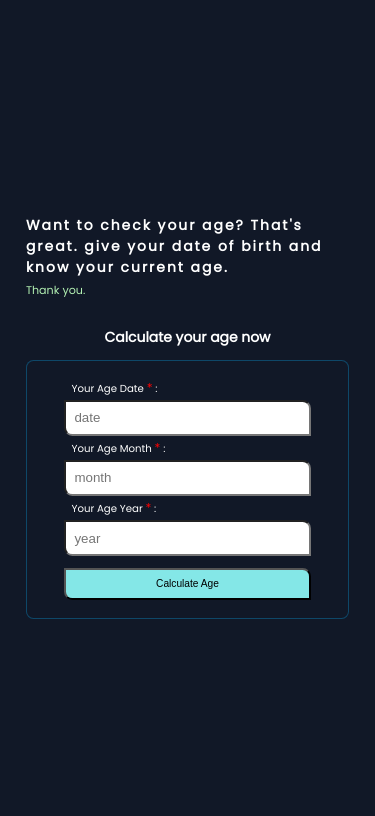
Repository: omarpervezz/age-calculator
Page: index.html
An editor plug-in stored every save of this project. The page is shown before and after a run of saves, followed by the edit.
The browser window is 375 px wide. The pictures show the whole page.
Some web fonts or font styles are not loaded; a fallback is used.

Above is the page before, as saved 2022-08-13 00:50:34.

### index.html
<!doctype html>
<html lang="en">

<head>
    <!-- Required meta tags -->
    <meta charset="utf-8">
    <meta name="viewport" content="width=device-width, initial-scale=1">

    <!-- Font Awesome Icons  -->
    <link rel="stylesheet" href="https://cdnjs.cloudflare.com/ajax/libs/font-awesome/5.15.1/css/all.min.css"
        integrity="sha512-+4zCK9k+qNFUR5X+cKL9EIR+ZOhtIloNl9GIKS57V1MyNsYpYcUrUeQc9vNfzsWfV28IaLL3i96P9sdNyeRssA=="
        crossorigin="anonymous" />

    <!-- Google Fonts  -->
    <link rel="preconnect" href="https://fonts.googleapis.com">
    <link rel="preconnect" href="https://fonts.gstatic.com" crossorigin>
    <link href="https://fonts.googleapis.com/css2?family=Poppins&display=swap" rel="stylesheet">
    <!-- Google Icon -->
    <link href="https://fonts.googleapis.com/icon?family=Material+Icons"
      rel="stylesheet">
      <link rel="stylesheet" href="https://fonts.googleapis.com/css2?family=Material+Symbols+Outlined:opsz,wght,FILL,GRAD@48,400,0,0" />
     <link rel="stylesheet" href="style.css">

    <title>Age Calculator</title>
</head>

<body>
   <div class="age_calculator_container">
    <div class="info container">
      <h1>Want to check your age? That's great. give your date of birth and know your current age.</h1>
      <span>Thank you.</span>
     </div>
    <div class="container">
      <h2>Calculate your age now</h2>
       <div class="box">
        <form action="#" id="form">
            <div class="date_of_birth">
              <label for="date">
                Your Age Date <span>*</span> :
              </label>
              <input type="number" id="date" placeholder="date" class="date">
            </div>
            <div class="date_of_month">
              <label for="month">
                Your Age Month <span>*</span> :
              </label>
              <input type="number" id="month" placeholder="month" class="month">
            </div>
            <div class="date_of_year">
              <label for="year">
                Your Age Year <span>*</span> :
              </label>
              <input type="number" id="year" placeholder="year" class="year">
            </div>
            <div class="submit_">
              <button type="submit" id="submit" class="btn btn-primary">Calculate Age</button>
            </div>
        </form>
       </div>

    </div>
   </div>

    <script src="calculate.js"></script>
</body>

</html>

### style.css
body{
  background-color: #111827;
  color: white;
  font-family: 'Poppins', sans-serif;
  box-sizing: border-box;
  height: 100vh;
  display: flex;
  justify-content: center;
  align-items:
  center;
  overflow-x: hidden;
}
:root{
  --width:100%;
}
html{
  font-size: 62.5%;
}
h1{
  font-size: 1.5rem;
  margin-bottom: .4rem;
  padding-top: 1rem;
  line-height: 38px;
  letter-spacing: 2px;
}
h2{
  text-align: center;
  margin-top: 3rem;
}
.info span{
  color: #b3f1b3;
  font-weight: normal;
  font-size: 1.2rem;
}
.container{
  max-width: calc(var(--width) - 30%);
  margin: auto;
}
.box{
  background-color: #111827;
  overflow: hidden;
  padding: 2rem 4rem;
  height: fit-content;
  border: .2rem solid #0d81b973;
  border-radius: .8rem;
}
.box div{
  width:100%;
}
.box label{
  width:100%;
  display: block;
  font-size: 1.1rem;
  margin-bottom: .3rem;
  padding: 0 .8rem;
}
.box label span{
  color: red;
  margin-top: 0rem;
  font-size: 1.3rem;
}
.box input{
  padding: .9rem .9rem;
  margin-bottom: .4rem;
  border-top-right-radius: .9rem;
  border-bottom-left-radius: .9rem;
  width: 100%;
  box-sizing: border-box;
  transition: 0.3s background linear;
  -webkit-transition: 0.3s background linear;
  -moz-transition: 0.3s background linear;
  -ms-transition: 0.3s background linear;
  -o-transition: 0.3s background linear;
}
.addFocused{
  background: rgb(0 0 0);
  border: .2rem solid #0f4768;
  color: white;
}
.addFocused::placeholder{
  color: white;
  text-transform: capitalize;
}
.submit_{
  width: 82%;
}
.submit_ button{
  width: 100%;
  padding: .9rem .9rem;
  border-top-right-radius: .9rem;
  border-bottom-left-radius: .9rem;
  font-size: 1.1rem;
  cursor: pointer;
  background: #84e7e7;
  margin-top: .9rem;
  transition: 0.6s background linear;
  -webkit-transition: 0.6s background linear;
  -moz-transition: 0.6s background linear;
  -ms-transition: 0.6s background linear;
  -o-transition: 0.6s background linear;
}
.submit_ button:hover{
  background: transparent;
  color: #fff;
  border: .1rem solid white;
}
.result_box{
  background-color: #005574;
  border-radius: .9rem;
  margin-top: 2rem;
  position: relative;
}
.result_content{
  display:
  flex;
  flex-direction: column;
  padding: 1.3rem 0;
}
.result_content div{
  display:
  flex;
  flex-direction: row;
  justify-content: space-evenly;
}
.result_content div span{
  color: #e9e8e9;
  font-weight: 400;
  display: inline-block;
  margin-bottom: .7rem;
}
.material-symbols-outlined{
  position: absolute;
  right: 1.3rem;
  font-size: 1.4rem;
  top: 0.8rem;
  cursor: pointer;
  color: #4febf3;
  font-weight: normal;
}

@media (max-width:476px){
  html{
    font-size: 58%;
  }
  h1{
    line-height: initial;
  }
  .container{
    max-width: calc(var(--width) - 10%);
  }
}

### calculate.js
const birth_date = document.querySelector('.date');
const month = document.querySelector('.month');
const year = document.querySelector('.year');

// focus input and change bg
birth_date.addEventListener('focus', function(event){
  addClass(birth_date,event);
});
month.addEventListener('focus', function(event){
  addClass(month,event)
});
year.addEventListener('focus', function(event){
  addClass(year,event)
});
const addClass = (input,event) => {
  if(event.path[0].id == 'date'){
    event.path[0].classList.add('addFocused');
    month.classList.remove('addFocused');
    year.classList.remove('addFocused');
  }else if(event.path[0].id == 'month'){
    event.path[0].classList.add('addFocused');
    birth_date.classList.remove('addFocused');
    year.classList.remove('addFocused');
  }else if(event.path[0].id == 'year'){
    event.path[0].classList.add('addFocused');
    month.classList.remove('addFocused');
    birth_date.classList.remove('addFocused');
  }
}

const calculateAge = document.querySelector('#form');
calculateAge.addEventListener('submit', function(event) {
  event.preventDefault();
  let userDateOfBirth = document.querySelector('#date').value;  // 20
  let userBirthMonth = document.querySelector('#month').value;  // 12
  let userBirthYears = document.querySelector('#year').value;   // 1990

  // today date
  let date = new Date();   // new date
  let todayDate = date.getDate();  // current date
  let currentMonth = 1 + date.getMonth() // current month;
  let currentYear = date.getFullYear() // current year;
  let months_ = [31, 28, 31, 30, 31, 30, 31, 31, 30, 31, 30, 31] // random array for 31 28 30 calculated;


  if(userDateOfBirth > todayDate){  // checking if userdate > today date
    todayDate = todayDate + months_[currentMonth - 1]; // 44
    currentMonth = currentMonth - 1; //7
  }
if(userBirthMonth > currentMonth){
  console.log(currentMonth);
  currentMonth = currentMonth + 12; // 19
  console.log(currentMonth);
  currentYear = currentYear - 1; // 2021
}

  let d = todayDate - userDateOfBirth; // 13 - 20 = -7
  console.log(currentMonth);
  console.log(userBirthMonth);
  let m = currentMonth - userBirthMonth // 8 - 12 == -4;
  let y = currentYear - userBirthYears // 2022 - 1990 32;

  const box = document.querySelector('.box');

  box.innerHTML += `
  <div class="result_box">
  <span class="material-symbols-outlined" id="close-item">
close
</span>

  <div class="result_content">
   <div>
     <span>Your Age</span><span>${y} Years</span>
   </div>
   <div><span>Your Month</span><span>${m} Month</span></div>
   <div>
     <span>Your Days</span><span>${d} Days</span>
   </div>
  </div>
</div>
  `
  const item = document.querySelector('.result_box');
  const closeItem = document.querySelector('#close-item');
  closeItem.addEventListener('click', function(event){
    item.remove();
    location.reload();
  })
});

After the next 2 saves:
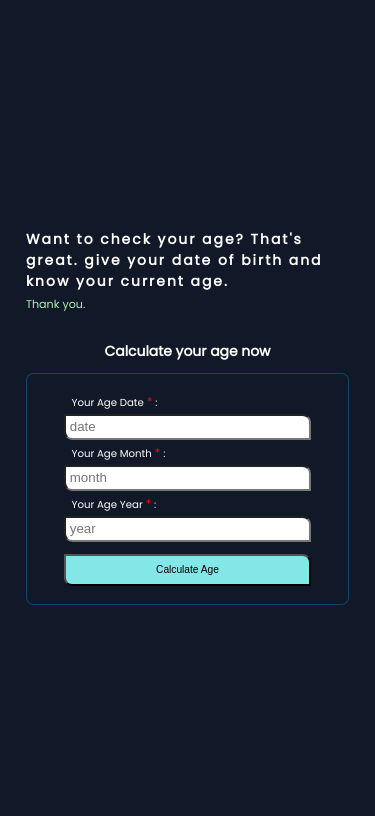
The 2 saves are shown as one change because they came seconds apart.
The last was saved 60 s later.
--- a/style.css
+++ b/style.css
@@ -148,4 +148,7 @@ h2{
   .container{
     max-width: calc(var(--width) - 10%);
   }
+  .box input{
+    padding: .4rem ;
+  }
 }
